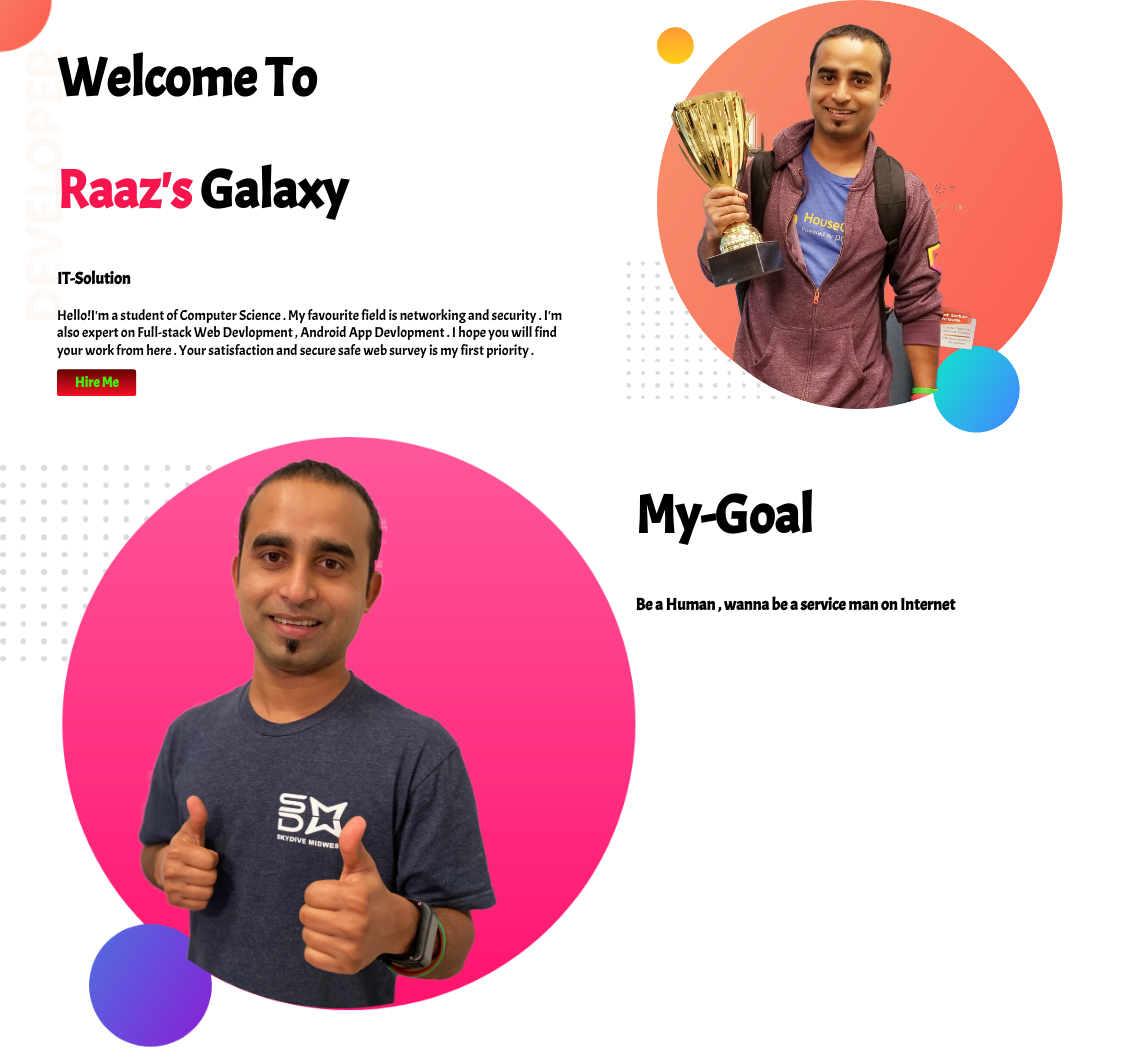
Repository: ramizraaz/my-portfolio
Page: about.html
These files come from the project's save history. The page is drawn as it stood at one moment and after the next save; the edit follows.
The browser window is 1280 px wide. The pictures show the whole page, at 89% of full size.

Above is the page before, as saved 2022-01-13 19:10:18.

After the next save:
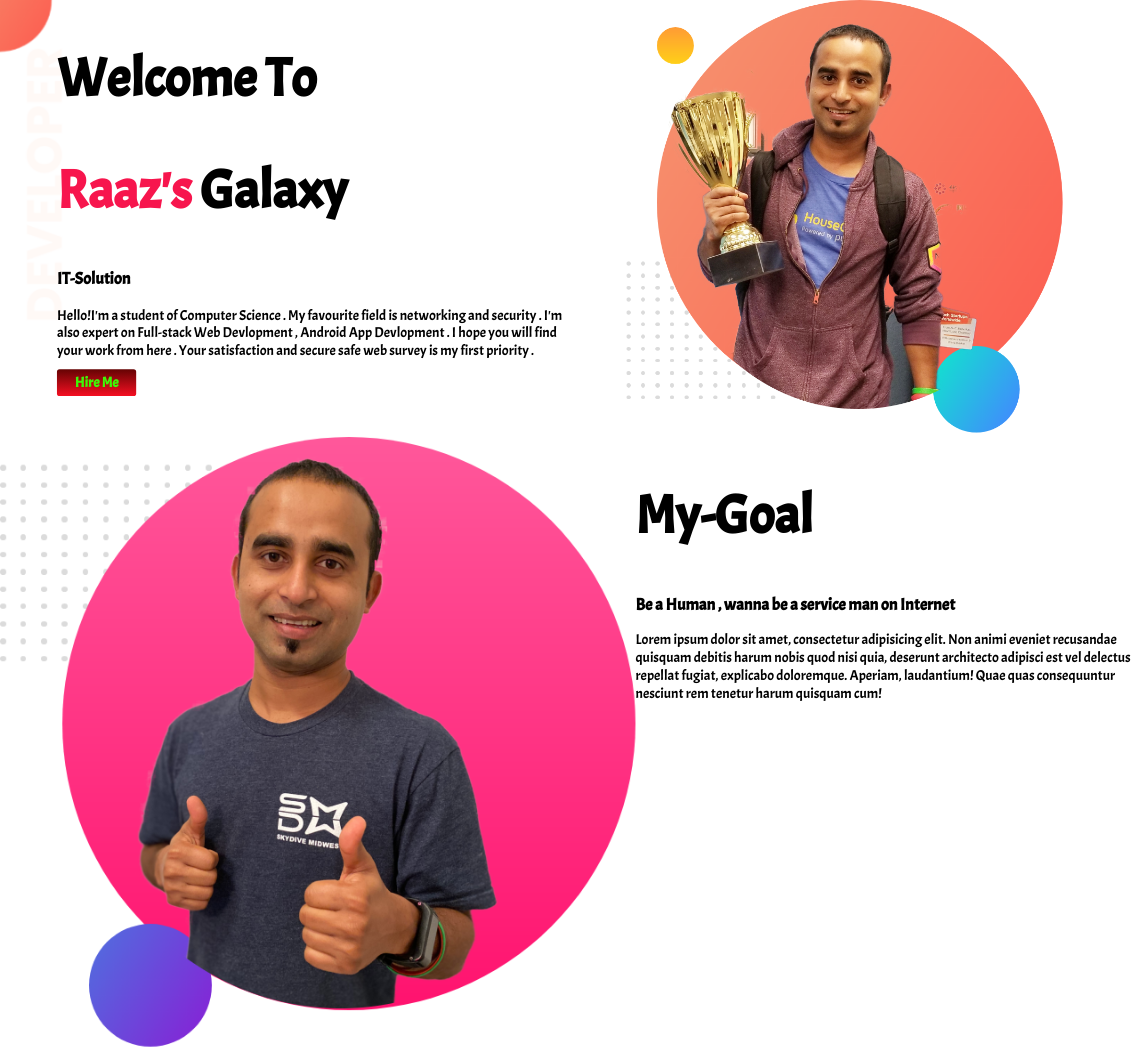
Saved 66 s later.
--- a/about.html
+++ b/about.html
@@ -33,6 +33,8 @@
         <div>
             <h1>My-Goal</h1>
             <h3>Be a Human , wanna be a service man on Internet</h3>
+            <p>Lorem ipsum dolor sit amet, consectetur adipisicing elit. Non animi eveniet recusandae quisquam debitis harum nobis quod nisi quia, deserunt architecto adipisci est vel delectus repellat fugiat, explicabo doloremque. Aperiam, laudantium! Quae
+                quas consequuntur nesciunt rem tenetur harum quisquam cum!</p>
         </div>
     </section>
 </body>
